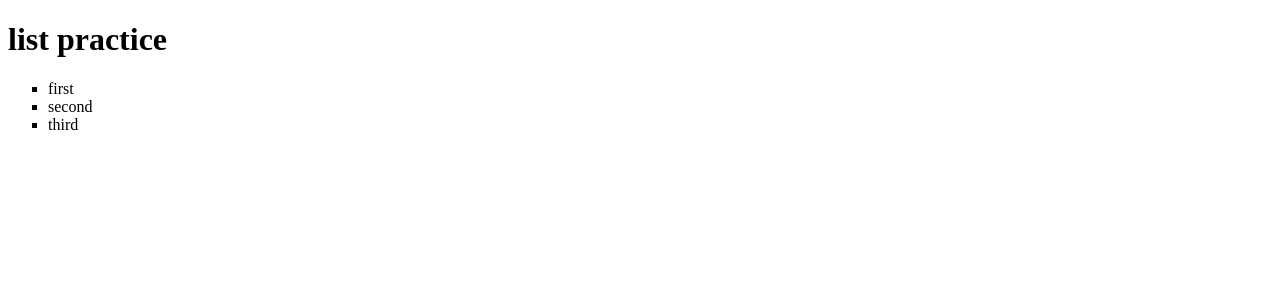
Repository: keeka2/webPractice
Page: MyStudy/HTML_Study/work/web/WebContent/list.html
The author's editor kept a copy of each file at every save. The page is drawn from the files as they stood at one save, then again after the next save.
The browser window is 1280 px wide. The pictures show the whole page.

Above is the page before, as saved 2020-08-24 01:14:34.

### MyStudy/HTML_Study/work/web/WebContent/list.html
<!DOCTYPE html>
<html>
<head>
<meta charset="UTF-8">
<title>Insert title here</title>
</head>
<body>
	<h1>list practice</h1>
	<ul type="square">
		<li>first</li>
		<li>second</li>
		<li>third</li>
	</ul>
</body>
</html>

After the next save:
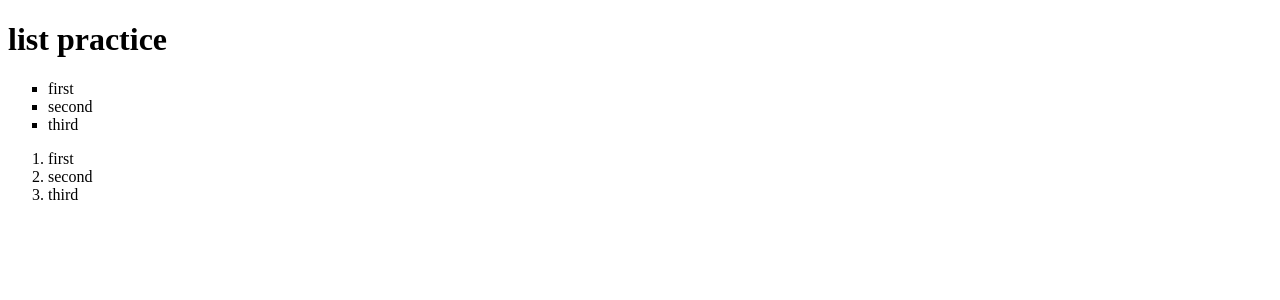
Saved 2 min 9 s later.
--- a/MyStudy/HTML_Study/work/web/WebContent/list.html
+++ b/MyStudy/HTML_Study/work/web/WebContent/list.html
@@ -11,5 +11,10 @@
 		<li>second</li>
 		<li>third</li>
 	</ul>
+	<ol>
+		<li>first</li>
+		<li>second</li>
+		<li>third</li>
+	</ol>
 </body>
 </html>
